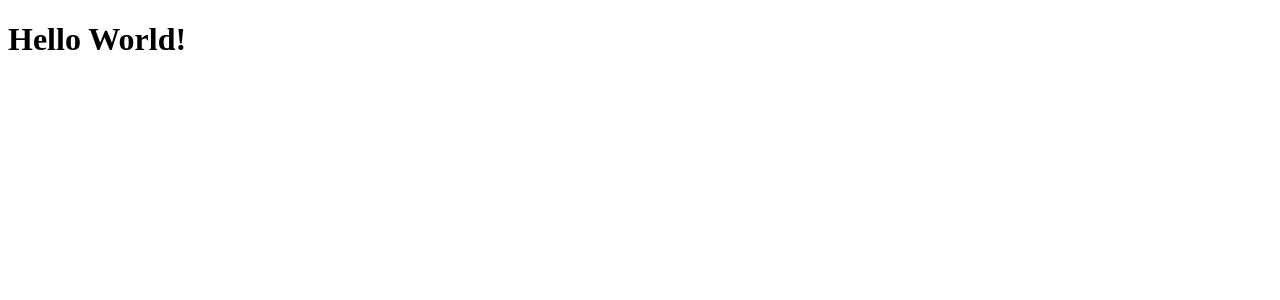
Repository: Achilles-Dev/Personal-Portfolio-Webpage
Page: index.html
The author's editor kept a copy of each file at every save. The page is drawn from the files as they stood at one save, then again after the next save.
The browser window is 1280 px wide. The pictures show the whole page.

Above is the page before, as saved 2021-12-28 12:57:05.

After the next save:
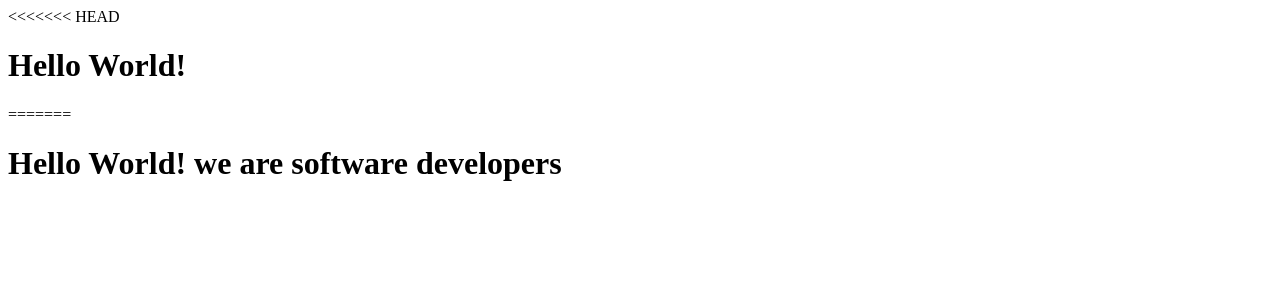
Saved 13 min 28 s later.
--- a/index.html
+++ b/index.html
@@ -6,7 +6,15 @@
     <link rel="stylesheet" href="css/style.css">
   </head>
   <body>
+<<<<<<< HEAD
 <h1>Hello World!</h1>
+=======
+
+    <h1> Hello World! we are software developers</h1>
+    <script src="https://cdn.freecodecamp.org/testable-projects-fcc/v1/bundle.js"></script>
+
+    <!--
+>>>>>>> 0a0397a1ff1ad4a06fcd174c9c7f1a553c2afdc8
 
     <script src="https://cdn.freecodecamp.org/testable-projects-fcc/v1/bundle.js"></script>
 
